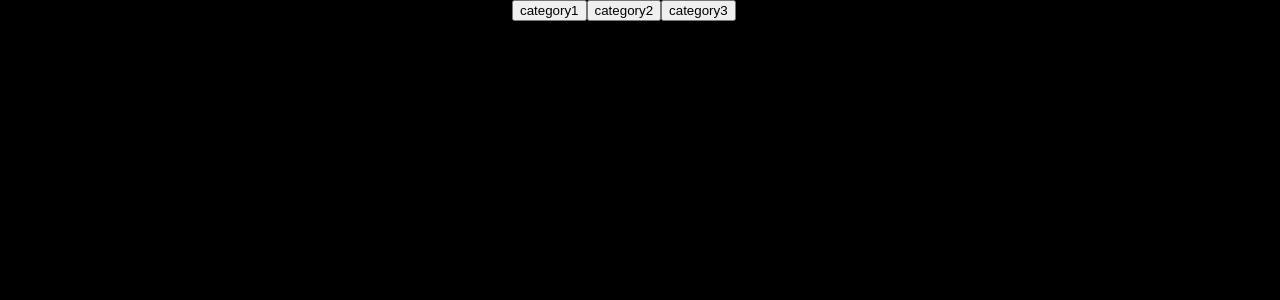
Repository: drumsmanku/react-capstone-project-2
Page: /categories
The author's editor kept a copy of each file at every save. The page is drawn from the files as they stood at one save, then again after the next save.
The browser window is 1280 px wide. The pictures show the whole page.
Some web fonts or font styles are not loaded; a fallback is used. The project was rebuilt for these pictures with package versions that can differ from the ones it lists, and the page was loaded fresh each time. Also part of the build but not shown: src/components/RegistrationPage.js, src/components/SubmitSuccess.js.

Above is the page before, as saved 2023-05-22 19:36:43.

After the next save:
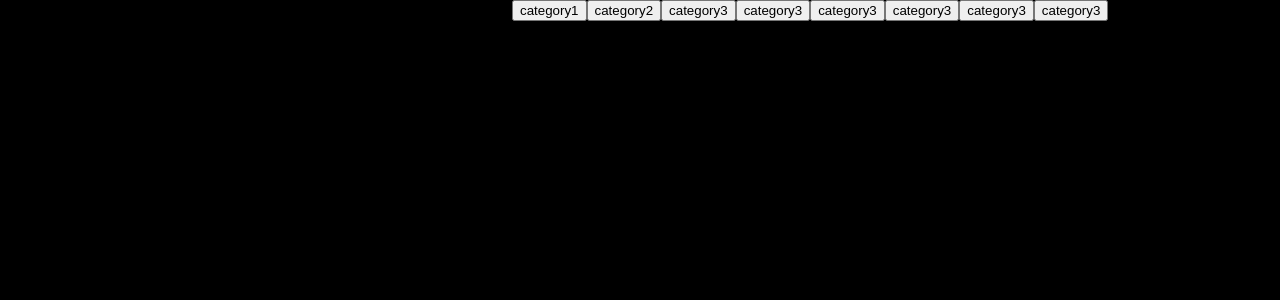
Saved 97 s later.
--- a/src/App.js
+++ b/src/App.js
@@ -4,7 +4,7 @@ import SubmitSuccess from './components/SubmitSuccess';
 import CategoriesPage from './components/CategoriesPage';
 import { BrowserRouter as Router, Route, Routes} from 'react-router-dom';
 function App() {
-  const categories=['category1', 'category2','category3'];
+  const categories=['category1', 'category2','category3','category3','category3','category3','category3','category3',];
   return (
     <div className='App'>
       <Router>
